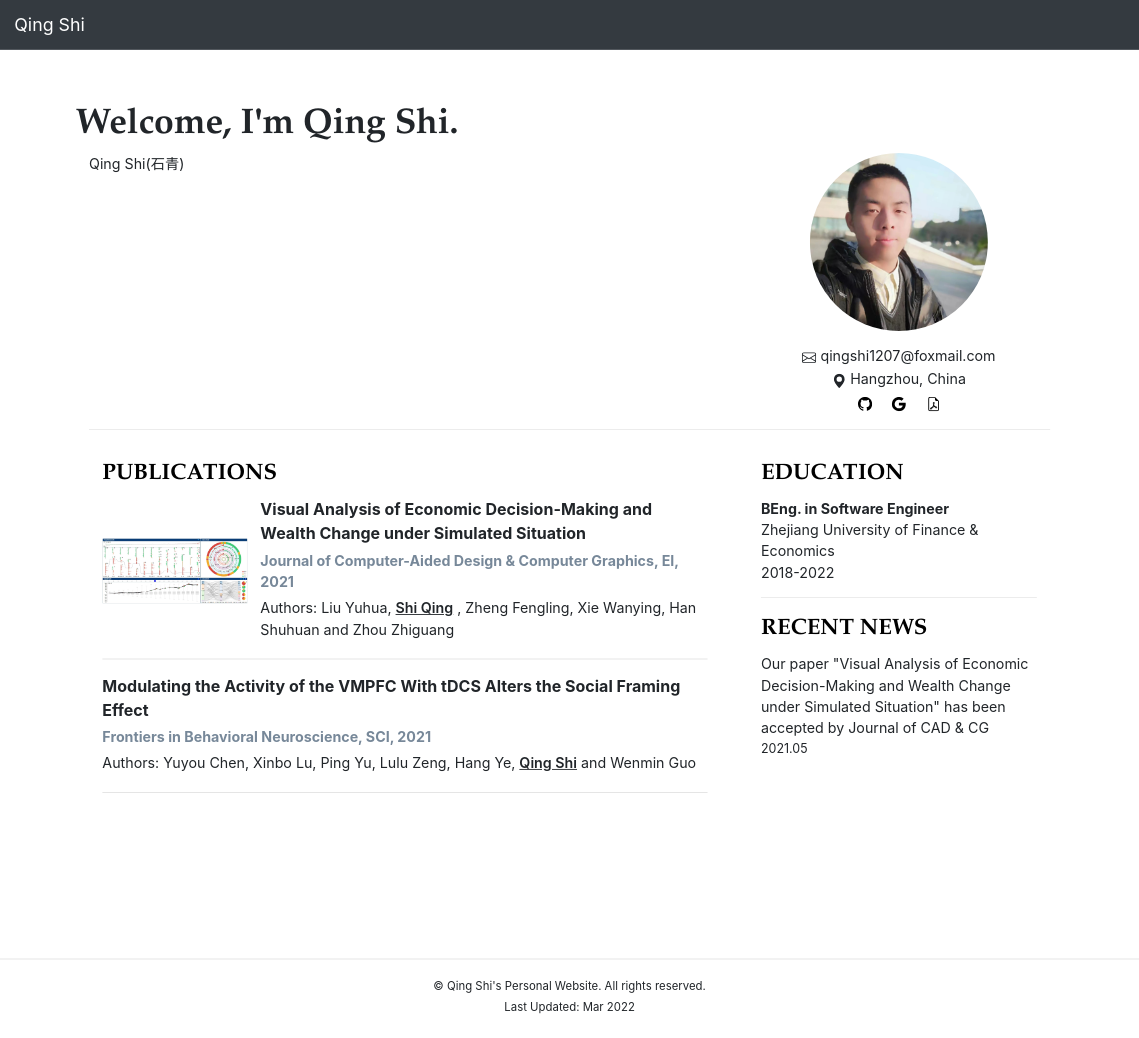
Repository: sqsssq/webpage
Page: index.html
These files come from the project's save history. The page is drawn as it stood at one moment and after the next save; the edit follows.
The browser window is 1280 px wide. The pictures show the whole page, at 89% of full size.
Some web libraries are served in a nearby version.

Above is the page before, as saved 2022-03-28 14:08:41.

After the next save:
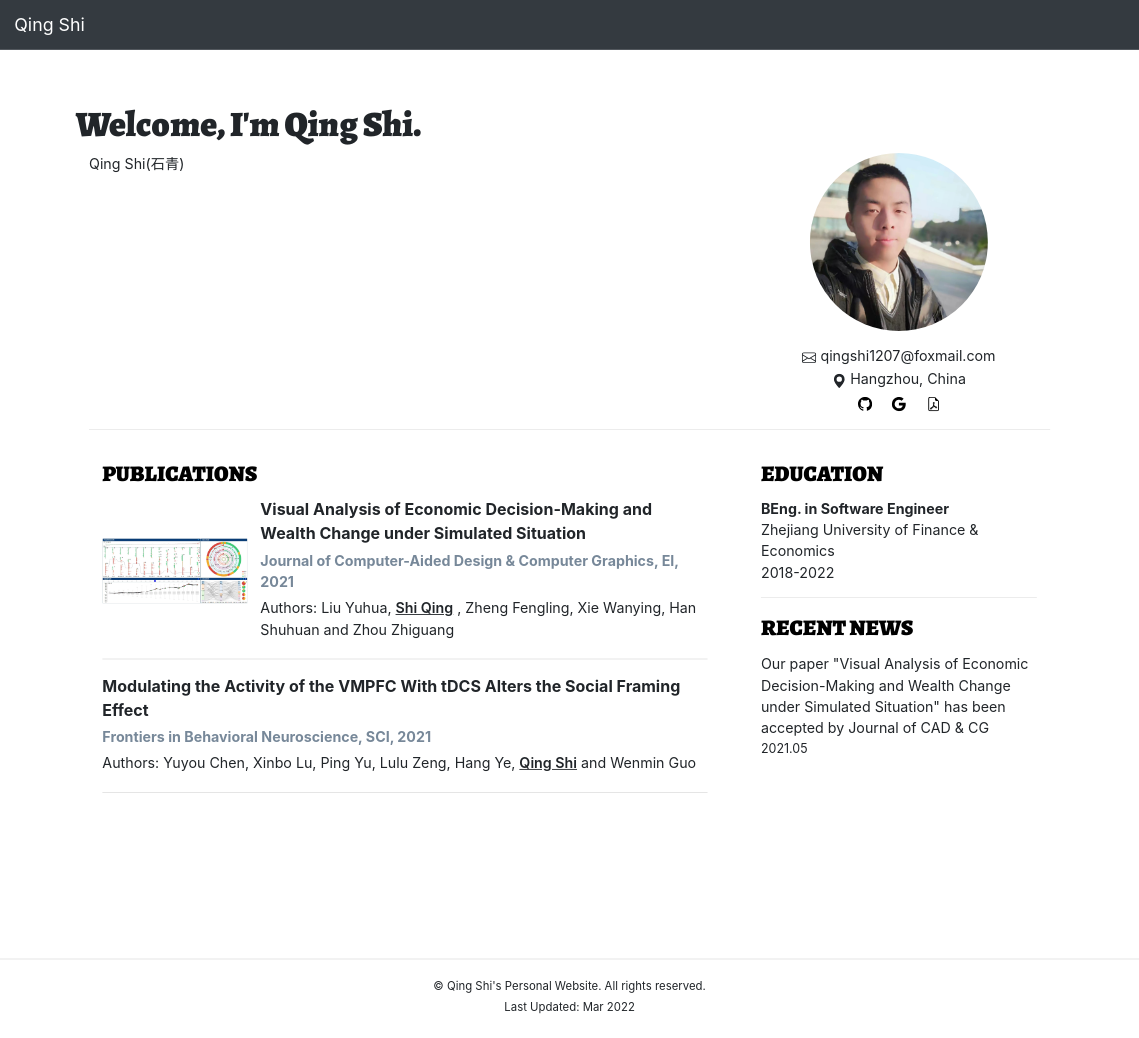
Saved 8 min 14 s later.
--- a/css/index.css
+++ b/css/index.css
@@ -1,6 +1,11 @@
 * {
     margin: 0;
     padding: 0;
+}
+
+@font-face{
+    font-family: 'Alegreya';
+    src : url('../Alegreya/Alegreya-Black-2.ttf');
 }
 
 body {
@@ -31,13 +36,13 @@ body {
 
 #ToptitleFont {
     /* Garamond */
-    font-family: Garamond;
+    font-family: Alegreya;
     font-weight: bold;
 }
 
 #titleFont {
     /* Garamond */
-    font-family: Garamond;
+    font-family: Alegreya;
     font-weight: bold;
     font-size: 25px;
     color: rgb(0, 0, 0);
